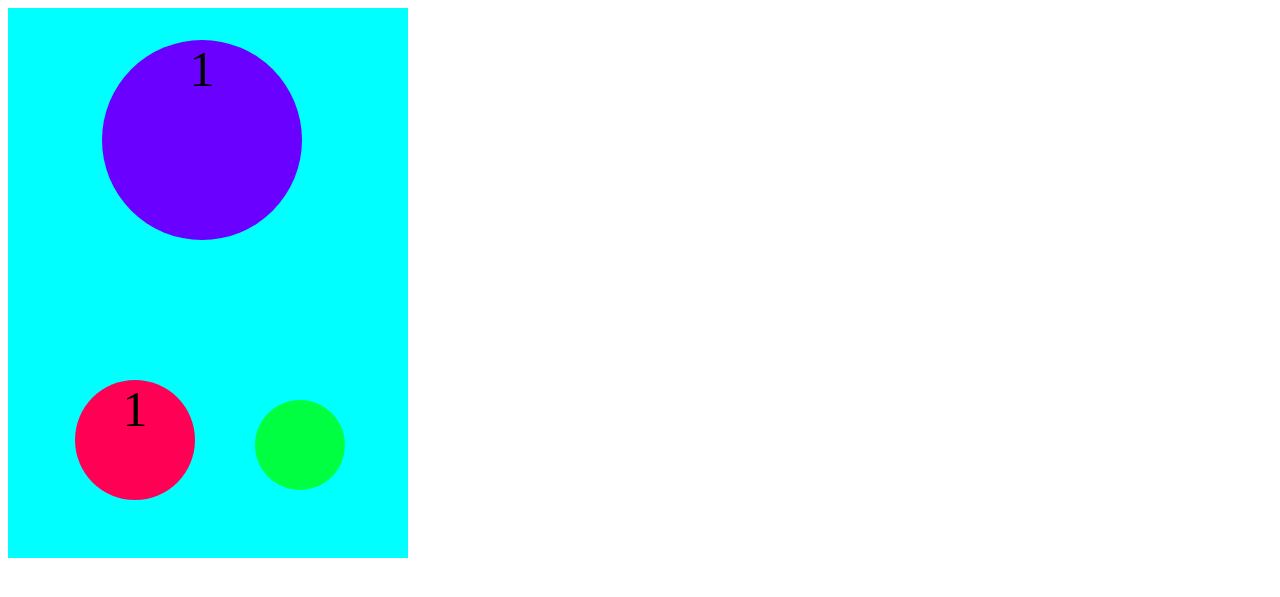
Repository: sara55m/Counter_App
Page: index.html
The author's editor kept a copy of each file at every save. The page is drawn from the files as they stood at one save, then again after the next save.
The browser window is 1280 px wide. The pictures show the whole page.
After loading, the first visible `#increase` was clicked once.

Above is the page before, as saved 2024-07-30 02:24:02.

After the next save:
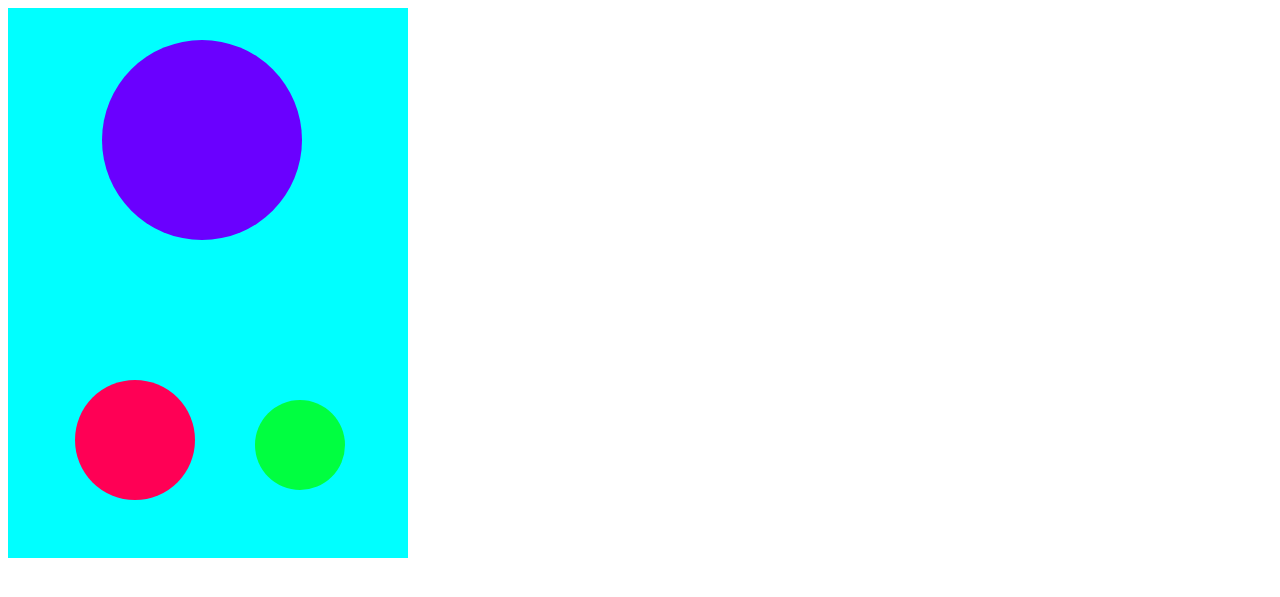
Console error: SyntaxError: Identifier 'count' has already been declared
Saved 4 min 47 s later.
--- a/js/script.js
+++ b/js/script.js
@@ -1,13 +1,15 @@
 function increase(){
-    let count=0;
-    let count1=0;
-    let x=document.getElementById("main").innerHTML=++count;
+    for(let count=0,count>20,++count){
+
+        let x=document.getElementById("main").innerHTML=++count;
+    }
+    //let count=0;
+    //let count1=0;
+
     console.log(x);
-    let y=document.getElementById("increase").innerHTML=++count1;
-    console.log(y);
-    if(count>20){
-        alert("change");
-    }
+    //let y=document.getElementById("increase").innerHTML=++count1;
+    //console.log(y);
+
 }
 
 
